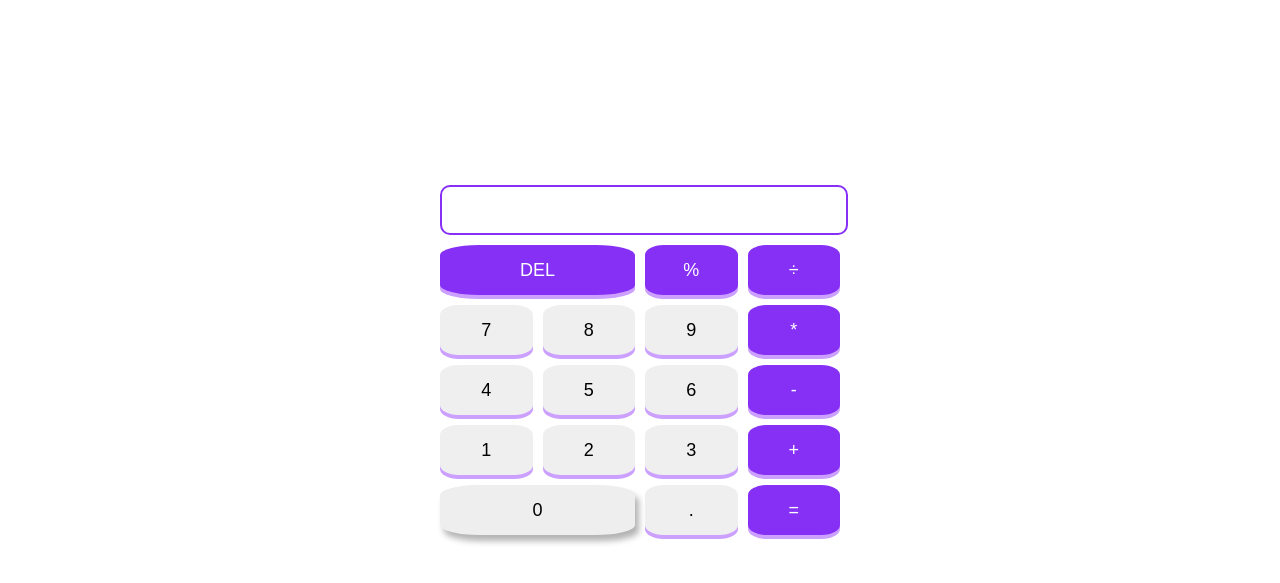
Repository: zlazlazla35/calculator
Page: /
The author's editor kept a copy of each file at every save. The page is drawn from the files as they stood at one save, then again after the next save.
The browser window is 1280 px wide. The pictures show the whole page.
The project was rebuilt for these pictures with package versions that can differ from the ones it lists, and the page was loaded fresh each time.

Above is the page before, as saved 2024-10-15 16:17:48.

### public/index.html
<!DOCTYPE html>
<html lang="en">
  <head>
    <meta charset="utf-8" />
    <link rel="icon" href="%PUBLIC_URL%/favicon.png" />
    <meta name="viewport" content="width=device-width, initial-scale=1" />
    <meta name="theme-color" content="#000000" />
    <meta
      name="description"
      content="Web site created using create-react-app"
    />
    <link rel="apple-touch-icon" href="%PUBLIC_URL%/logo192.png" />
    <!--
      manifest.json provides metadata used when your web app is installed on a
      user's mobile device or desktop. See https://developers.google.com/web/fundamentals/web-app-manifest/
    -->
    <link rel="manifest" href="%PUBLIC_URL%/manifest.json" />
    <!--
      Notice the use of %PUBLIC_URL% in the tags above.
      It will be replaced with the URL of the `public` folder during the build.
      Only files inside the `public` folder can be referenced from the HTML.

      Unlike "/favicon.ico" or "favicon.ico", "%PUBLIC_URL%/favicon.ico" will
      work correctly both with client-side routing and a non-root public URL.
      Learn how to configure a non-root public URL by running `npm run build`.
    -->
    <title>계산기</title>
  </head>
  <body>
    <noscript>You need to enable JavaScript to run this app.</noscript>
    <div id="root"></div>
    <!--
      This HTML file is a template.
      If you open it directly in the browser, you will see an empty page.

      You can add webfonts, meta tags, or analytics to this file.
      The build step will place the bundled scripts into the <body> tag.

      To begin the development, run `npm start` or `yarn start`.
      To create a production bundle, use `npm run build` or `yarn build`.
    -->
  </body>
</html>

### src/App.js
import styled from "styled-components";
import './App.css';
import {  useEffect, useRef, useState } from 'react';

let Calculating = styled.div`
  width : 100%;
  margin : 0 auto;
`

let Btnbox = styled.div`
  width : 100%
  background-color: #fff;
  font-size : 18px;
  border-radius: 35%;
  display: grid;
  grid-template-columns: repeat(4, 1fr);
  gap : 10px 10px;
`

let Btn = styled.button`
  width : 100%;
  background-color: ${ props => props.bg };
  color : ${props =>  props.bg == '#8630f5' ? '#fff' :  '#000'  };
  font-size : 18px;
  border-radius: 20%;
  height : 50px;
  border: none;
  box-shadow:0px 4px 0px #cca0ff;
  transition-duration: 0.3s;
`

let ZeroBtn = styled.button`
  width : 100%;
  background-color: #eee;
  font-size : 18px;
  border-radius: 20%;
  height : 50px;
  border: none;
  box-shadow: 4px 6px 6px rgba(0, 0, 0, 0.3);
  grid-column: 1/3;
  transition-duration: 0.3s;
`




function App() {

  const [num, setNum] = useState("");
  const [afterNum, setAfterNum] = useState("");

  const [oper, setOper] = useState("");
  const [oper2, setOper2] = useState(false);
  const output = useRef();
  const active = `active`



  const getNum = (e)=>{
    if(oper2 == false){
      setNum( (prev) => prev + e.target.value );
    }

    if(oper2 == true){
      setAfterNum( (prev) => prev + e.target.value  )
    }

  }

  const getOper = (e)=>{
    setOper( () => e.target.value );
    setOper2(true);

      calResult();
      click(e.target )
  }


  const calResult = ()=>{
    switch(oper){
      case '+':
        let result = num
        result =  Number(num) + Number(afterNum)
        setNum(result);
        setAfterNum("")
        break;

      case '-':
        let result2 = num
        result2 =  Number(num) - Number(afterNum)
        setNum(result2)
        setAfterNum("")
        break;

      case '*':
        let result3 = num
        result3 =  Number(num) * Number(afterNum)
        setNum(result3)
        setAfterNum("")
        break;

      case '÷':
        let result4 = num
        result4 =  Number(num) / Number(afterNum)
        setNum(result4)
        setAfterNum("")
        break;

    }

  }


  useEffect(()=>{
    if(oper == "="){
      setOper("")
    }if(oper == "del"){
      setNum("");
      setAfterNum("");
      setOper("");
      setOper2(false);
      output.current.style.color = '#fff'
    }else{
            output.current.style.color = '#232323'
    }
  }, [oper])



  // useEffect(()=>{
  //   console.log(output.current)
  // }, [output])

  function click(a){
    a.classList.add(active);
    // console.log(a.classList.add(active))
  }


  return (
    <div className="App">
      <div className="contents">
        <Calculating>
            <input className="output" ref={output} value={ num + oper  + afterNum  }/>
          <Btnbox>
            {/* <Btn value='ac' onClick={getOper} bg="#8630f5">AC</Btn> */}
            <Btn value='del' style={{gridColumn : '1/3'}} onClick={getOper} bg="#8630f5">DEL</Btn>
            <Btn value='%' onClick={getOper} bg="#8630f5">%</Btn>
            <Btn value='÷' onClick={getOper} bg="#8630f5">÷</Btn>
            <Btn value={7} onClick={getNum}>7</Btn>
            <Btn value={8} onClick={getNum}>8</Btn>
            <Btn value={9} onClick={getNum}>9</Btn>
            <Btn value='*' onClick={getOper}  bg="#8630f5">*</Btn>
            <Btn value={4} onClick={getNum}>4</Btn>
            <Btn value={5} onClick={getNum}>5</Btn>
            <Btn value={6} onClick={getNum}>6</Btn>
            <Btn value='-'  onClick={getOper}  bg="#8630f5">-</Btn>
            <Btn value={1} onClick={getNum}>1</Btn>
            <Btn value={2} onClick={getNum}>2</Btn>
            <Btn value={3} onClick={getNum}>3</Btn>
            <Btn value="+"  onClick={getOper} bg="#8630f5">+</Btn>
            <ZeroBtn value={0} onClick={getNum}>0</ZeroBtn>
            <Btn value='.' onClick={getNum}>.</Btn>
            <Btn value='='  onClick={getOper} bg="#8630f5"> =</Btn>
          </Btnbox>
        </Calculating>
      </div>
    </div>
  );
}

export default App;

// 버튼 클릭시 그 버튼한테 active 클레스명 잠깐 붙였다가 떼어주기

### src/App.css
.App {
  text-align: center;
}

.App-logo {
  height: 40vmin;
  pointer-events: none;
}

@media (prefers-reduced-motion: no-preference) {
  .App-logo {
    animation: App-logo-spin infinite 20s linear;
  }
}

.App-header {
  background-color: #282c34;
  min-height: 100vh;
  display: flex;
  flex-direction: column;
  align-items: center;
  justify-content: center;
  font-size: calc(10px + 2vmin);
  color: white;
}

.App-link {
  color: #61dafb;
}

@keyframes App-logo-spin {
  from {
    transform: rotate(0deg);
  }
  to {
    transform: rotate(360deg);
  }
}
.App {width: 100%; height: 100vh; display: flex; align-items: center; justify-content: center;}
.contents {width: 100%; max-width: 400px; }
input {width: 100%; height: 44px; margin-bottom: 10px; border: 2px solid #8630f5; border-radius: 10px;}
input:focus {outline: #8630f5; }
.active {   box-shadow: 2px 2px 0 rgb(0,0,0,0.5) !important;
  position: relative;
  top:2px;
}

Loaded but not shown: src/index.js (common file); src/index.css (common file); src/reportWebVitals.js (common file)

After the next save:
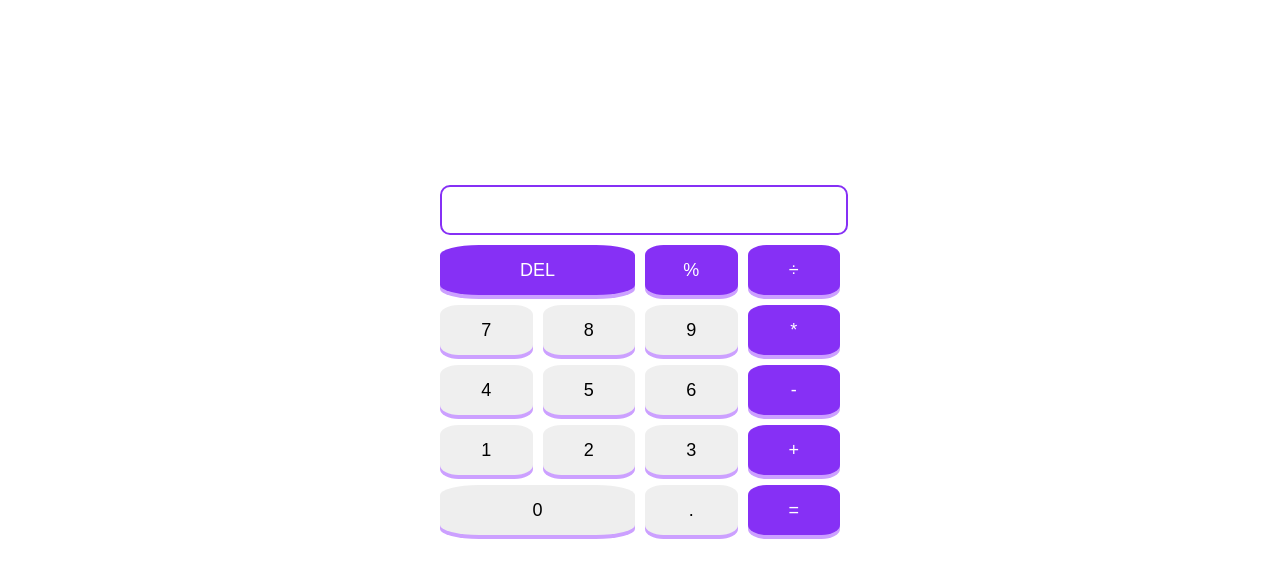
Saved 35 s later.
--- a/src/App.js
+++ b/src/App.js
@@ -36,9 +36,9 @@ let ZeroBtn = styled.button`
   border-radius: 20%;
   height : 50px;
   border: none;
-  box-shadow: 4px 6px 6px rgba(0, 0, 0, 0.3);
+  box-shadow:0px 4px 0px #cca0ff;
+  transition-duration: 0.3s;
   grid-column: 1/3;
-  transition-duration: 0.3s;
 `
 
 
